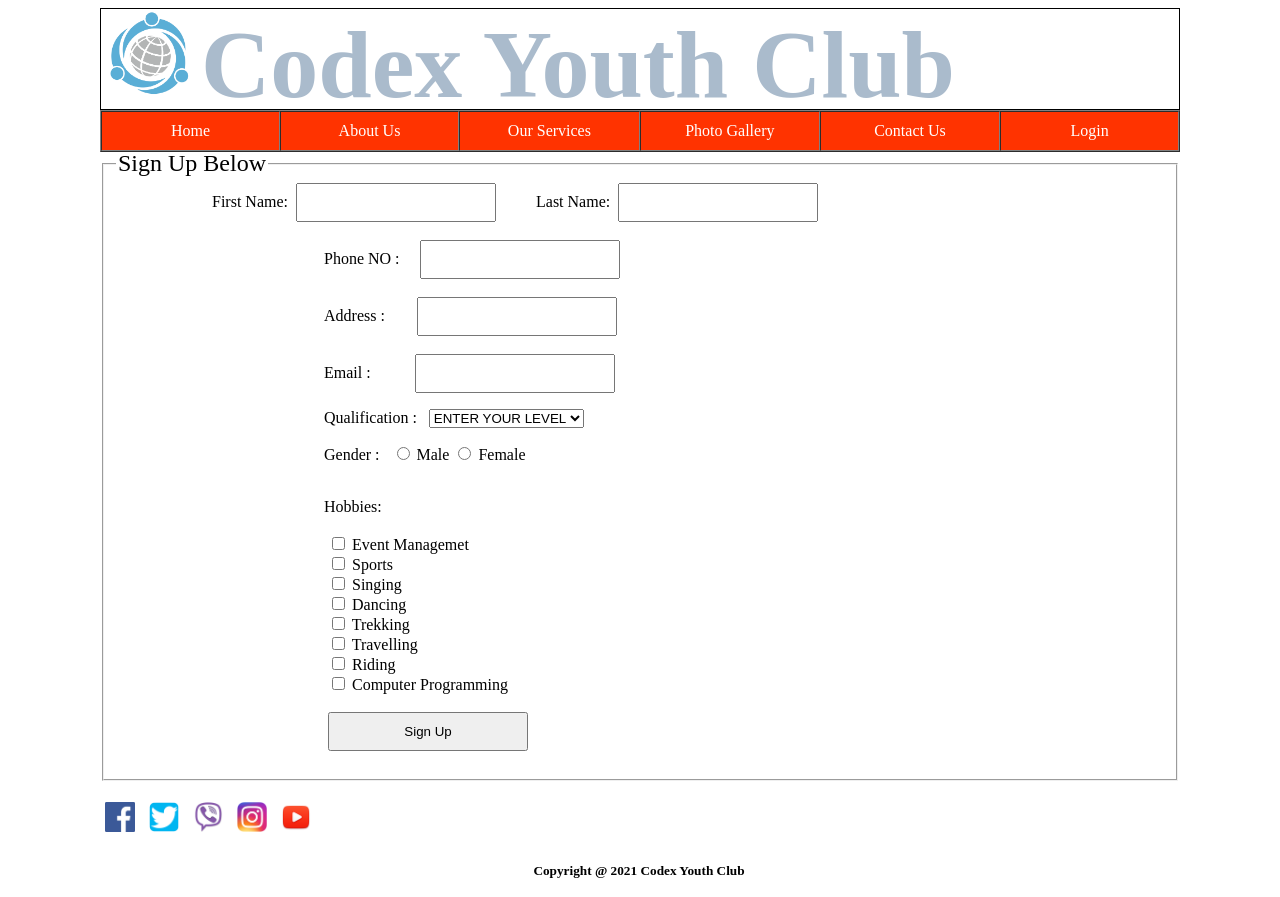
Repository: Davidchuks96/Social-Club
Page: signup.html
The author's editor kept a copy of each file at every save. The page is drawn from the files as they stood at one save, then again after the next save.
The browser window is 1280 px wide. The pictures show the whole page.

Above is the page before, as saved 2021-02-22 17:48:59.

After the next save:
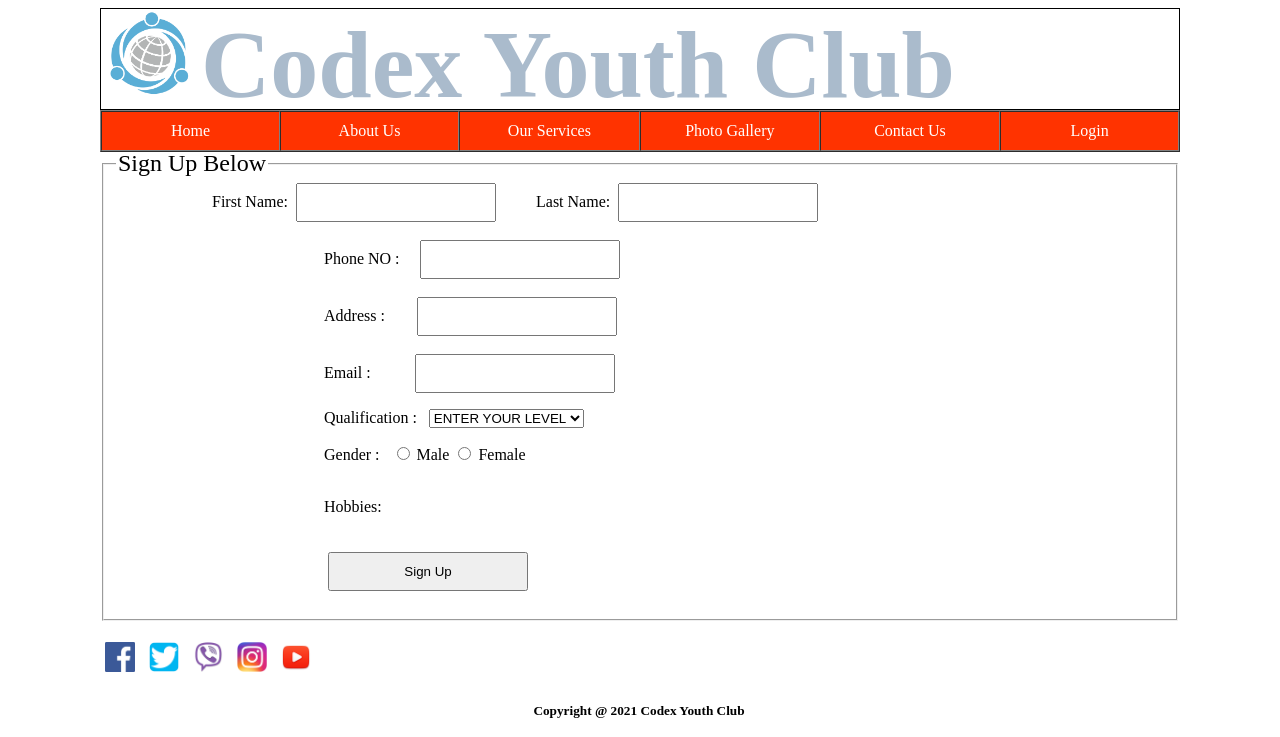
Saved 36 s later.
--- a/signup.html
+++ b/signup.html
@@ -119,35 +119,7 @@ color:red;
 		&nbsp;&nbsp;&nbsp;&nbsp;&nbsp;&nbsp;&nbsp;&nbsp;&nbsp;&nbsp;&nbsp;&nbsp;&nbsp;&nbsp;&nbsp;&nbsp;&nbsp;
 		&nbsp;&nbsp;&nbsp;&nbsp;&nbsp;&nbsp;&nbsp;&nbsp;&nbsp;&nbsp;&nbsp;&nbsp;&nbsp;&nbsp;&nbsp;&nbsp;
 <label>
-<input type="checkbox" name="suscribe"/> Event Managemet<br>
-&nbsp;&nbsp;&nbsp;&nbsp;&nbsp;&nbsp;&nbsp;&nbsp;&nbsp;&nbsp;&nbsp;&nbsp;&nbsp;&nbsp;&nbsp;&nbsp;&nbsp;
-		&nbsp;&nbsp;&nbsp;&nbsp;&nbsp;&nbsp;&nbsp;&nbsp;&nbsp;&nbsp;&nbsp;&nbsp;&nbsp;&nbsp;&nbsp;&nbsp;&nbsp;
-		&nbsp;&nbsp;&nbsp;&nbsp;&nbsp;&nbsp;&nbsp;&nbsp;&nbsp;&nbsp;&nbsp;&nbsp;&nbsp;&nbsp;&nbsp;&nbsp;
-<input type="checkbox" name="suscribe"/> Sports<br>
-&nbsp;&nbsp;&nbsp;&nbsp;&nbsp;&nbsp;&nbsp;&nbsp;&nbsp;&nbsp;&nbsp;&nbsp;&nbsp;&nbsp;&nbsp;&nbsp;&nbsp;
-		&nbsp;&nbsp;&nbsp;&nbsp;&nbsp;&nbsp;&nbsp;&nbsp;&nbsp;&nbsp;&nbsp;&nbsp;&nbsp;&nbsp;&nbsp;&nbsp;&nbsp;
-		&nbsp;&nbsp;&nbsp;&nbsp;&nbsp;&nbsp;&nbsp;&nbsp;&nbsp;&nbsp;&nbsp;&nbsp;&nbsp;&nbsp;&nbsp;&nbsp;
-<input type="checkbox" name="suscribe"/> Singing<br>
-&nbsp;&nbsp;&nbsp;&nbsp;&nbsp;&nbsp;&nbsp;&nbsp;&nbsp;&nbsp;&nbsp;&nbsp;&nbsp;&nbsp;&nbsp;&nbsp;&nbsp;
-		&nbsp;&nbsp;&nbsp;&nbsp;&nbsp;&nbsp;&nbsp;&nbsp;&nbsp;&nbsp;&nbsp;&nbsp;&nbsp;&nbsp;&nbsp;&nbsp;&nbsp;
-		&nbsp;&nbsp;&nbsp;&nbsp;&nbsp;&nbsp;&nbsp;&nbsp;&nbsp;&nbsp;&nbsp;&nbsp;&nbsp;&nbsp;&nbsp;&nbsp;
-<input type="checkbox" name="suscribe"/> Dancing<br>
-&nbsp;&nbsp;&nbsp;&nbsp;&nbsp;&nbsp;&nbsp;&nbsp;&nbsp;&nbsp;&nbsp;&nbsp;&nbsp;&nbsp;&nbsp;&nbsp;&nbsp;
-		&nbsp;&nbsp;&nbsp;&nbsp;&nbsp;&nbsp;&nbsp;&nbsp;&nbsp;&nbsp;&nbsp;&nbsp;&nbsp;&nbsp;&nbsp;&nbsp;&nbsp;
-		&nbsp;&nbsp;&nbsp;&nbsp;&nbsp;&nbsp;&nbsp;&nbsp;&nbsp;&nbsp;&nbsp;&nbsp;&nbsp;&nbsp;&nbsp;&nbsp;
-<input type="checkbox" name="suscribe"/> Trekking<br>
-&nbsp;&nbsp;&nbsp;&nbsp;&nbsp;&nbsp;&nbsp;&nbsp;&nbsp;&nbsp;&nbsp;&nbsp;&nbsp;&nbsp;&nbsp;&nbsp;&nbsp;
-		&nbsp;&nbsp;&nbsp;&nbsp;&nbsp;&nbsp;&nbsp;&nbsp;&nbsp;&nbsp;&nbsp;&nbsp;&nbsp;&nbsp;&nbsp;&nbsp;&nbsp;
-		&nbsp;&nbsp;&nbsp;&nbsp;&nbsp;&nbsp;&nbsp;&nbsp;&nbsp;&nbsp;&nbsp;&nbsp;&nbsp;&nbsp;&nbsp;&nbsp;
-<input type="checkbox" name="suscribe"/> Travelling<br>
-&nbsp;&nbsp;&nbsp;&nbsp;&nbsp;&nbsp;&nbsp;&nbsp;&nbsp;&nbsp;&nbsp;&nbsp;&nbsp;&nbsp;&nbsp;&nbsp;&nbsp;
-		&nbsp;&nbsp;&nbsp;&nbsp;&nbsp;&nbsp;&nbsp;&nbsp;&nbsp;&nbsp;&nbsp;&nbsp;&nbsp;&nbsp;&nbsp;&nbsp;&nbsp;
-		&nbsp;&nbsp;&nbsp;&nbsp;&nbsp;&nbsp;&nbsp;&nbsp;&nbsp;&nbsp;&nbsp;&nbsp;&nbsp;&nbsp;&nbsp;&nbsp;
-<input type="checkbox" name="suscribe"/> Riding<br>
-&nbsp;&nbsp;&nbsp;&nbsp;&nbsp;&nbsp;&nbsp;&nbsp;&nbsp;&nbsp;&nbsp;&nbsp;&nbsp;&nbsp;&nbsp;&nbsp;&nbsp;
-		&nbsp;&nbsp;&nbsp;&nbsp;&nbsp;&nbsp;&nbsp;&nbsp;&nbsp;&nbsp;&nbsp;&nbsp;&nbsp;&nbsp;&nbsp;&nbsp;&nbsp;
-		&nbsp;&nbsp;&nbsp;&nbsp;&nbsp;&nbsp;&nbsp;&nbsp;&nbsp;&nbsp;&nbsp;&nbsp;&nbsp;&nbsp;&nbsp;&nbsp;
-<input type="checkbox" name="suscribe"/> Computer Programming<br>
+
 
 </label>
 <br>
